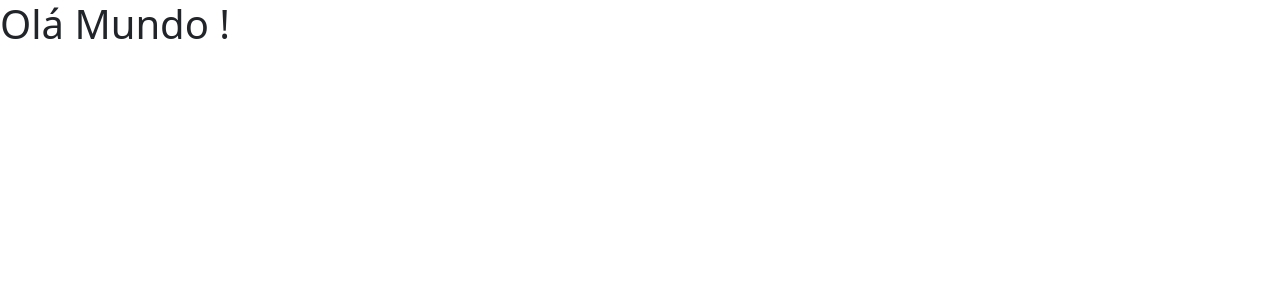
Repository: williammatosdev/agencia_de_Viagem_Java
Page: javacrud/src/main/webapp/index.html
An editor plug-in stored every save of this project. The page is shown before and after the next save, followed by the edit.
The browser window is 1280 px wide. The pictures show the whole page.

Above is the page before, as saved 2022-02-06 16:06:13.

After the next save:
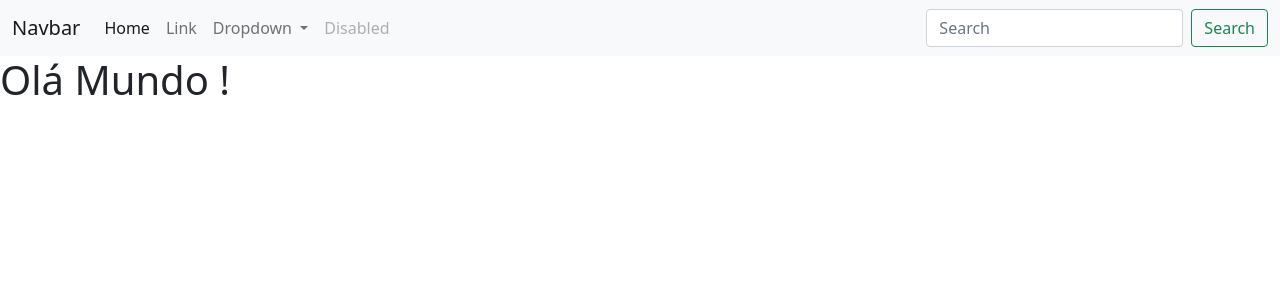
Saved 2 min 25 s later.
--- a/javacrud/src/main/webapp/index.html
+++ b/javacrud/src/main/webapp/index.html
@@ -7,6 +7,42 @@
 <link href="https://cdn.jsdelivr.net/npm/bootstrap@5.1.3/dist/css/bootstrap.min.css" rel="stylesheet" integrity="sha384-1BmE4kWBq78iYhFldvKuhfTAU6auU8tT94WrHftjDbrCEXSU1oBoqyl2QvZ6jIW3" crossorigin="anonymous">
 </head>
 <body>
+<nav class="navbar navbar-expand-lg navbar-light bg-light">
+  <div class="container-fluid">
+    <a class="navbar-brand" href="#">Navbar</a>
+    <button class="navbar-toggler" type="button" data-bs-toggle="collapse" data-bs-target="#navbarSupportedContent" aria-controls="navbarSupportedContent" aria-expanded="false" aria-label="Toggle navigation">
+      <span class="navbar-toggler-icon"></span>
+    </button>
+    <div class="collapse navbar-collapse" id="navbarSupportedContent">
+      <ul class="navbar-nav me-auto mb-2 mb-lg-0">
+        <li class="nav-item">
+          <a class="nav-link active" aria-current="page" href="#">Home</a>
+        </li>
+        <li class="nav-item">
+          <a class="nav-link" href="#">Link</a>
+        </li>
+        <li class="nav-item dropdown">
+          <a class="nav-link dropdown-toggle" href="#" id="navbarDropdown" role="button" data-bs-toggle="dropdown" aria-expanded="false">
+            Dropdown
+          </a>
+          <ul class="dropdown-menu" aria-labelledby="navbarDropdown">
+            <li><a class="dropdown-item" href="#">Action</a></li>
+            <li><a class="dropdown-item" href="#">Another action</a></li>
+            <li><hr class="dropdown-divider"></li>
+            <li><a class="dropdown-item" href="#">Something else here</a></li>
+          </ul>
+        </li>
+        <li class="nav-item">
+          <a class="nav-link disabled">Disabled</a>
+        </li>
+      </ul>
+      <form class="d-flex">
+        <input class="form-control me-2" type="search" placeholder="Search" aria-label="Search">
+        <button class="btn btn-outline-success" type="submit">Search</button>
+      </form>
+    </div>
+  </div>
+</nav>
 <h1>Olá Mundo !</h1>
 <!-- JavaScript Bundle with Popper -->
 <script src="https://cdn.jsdelivr.net/npm/bootstrap@5.1.3/dist/js/bootstrap.bundle.min.js" integrity="sha384-ka7Sk0Gln4gmtz2MlQnikT1wXgYsOg+OMhuP+IlRH9sENBO0LRn5q+8nbTov4+1p" crossorigin="anonymous"></script>
